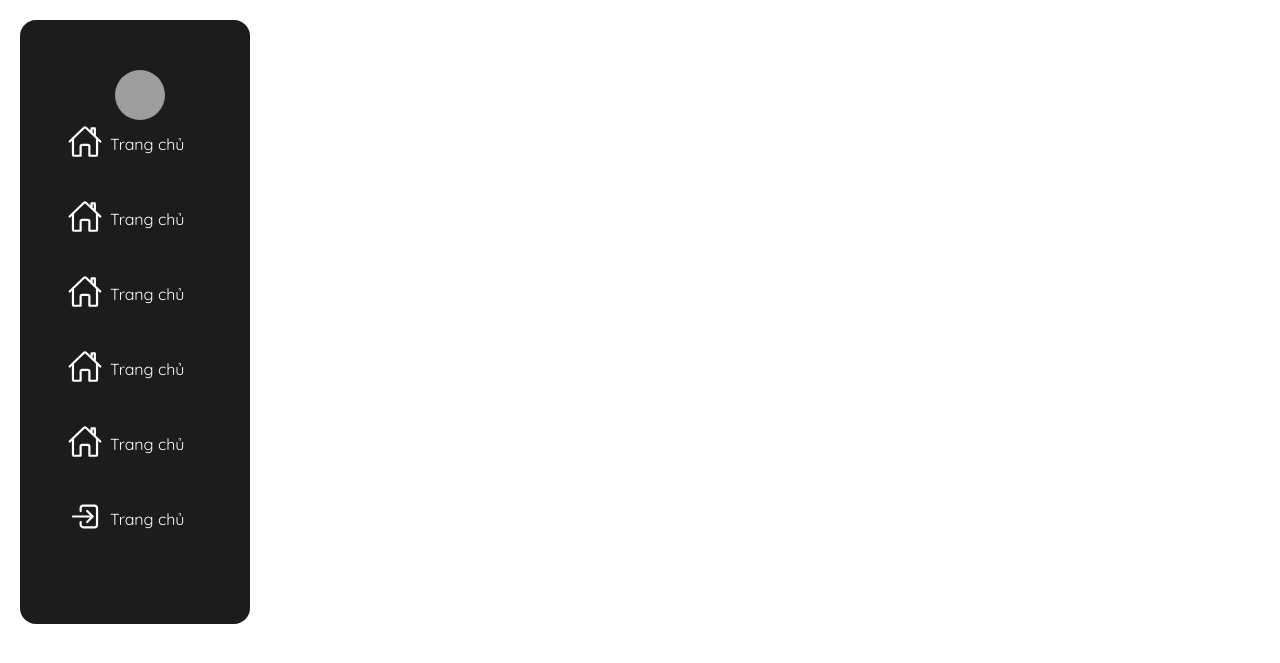
Repository: Fuocmanh/demo
Page: site/nav.html
The author's editor kept a copy of each file at every save. The page is drawn from the files as they stood at one save, then again after a run of saves.
The browser window is 1280 px wide. The pictures show the whole page.
Pictures or frames that could not be fetched are drawn as grey boxes.

Above is the page before, as saved 2022-12-30 12:22:19.

After the next 2 saves:
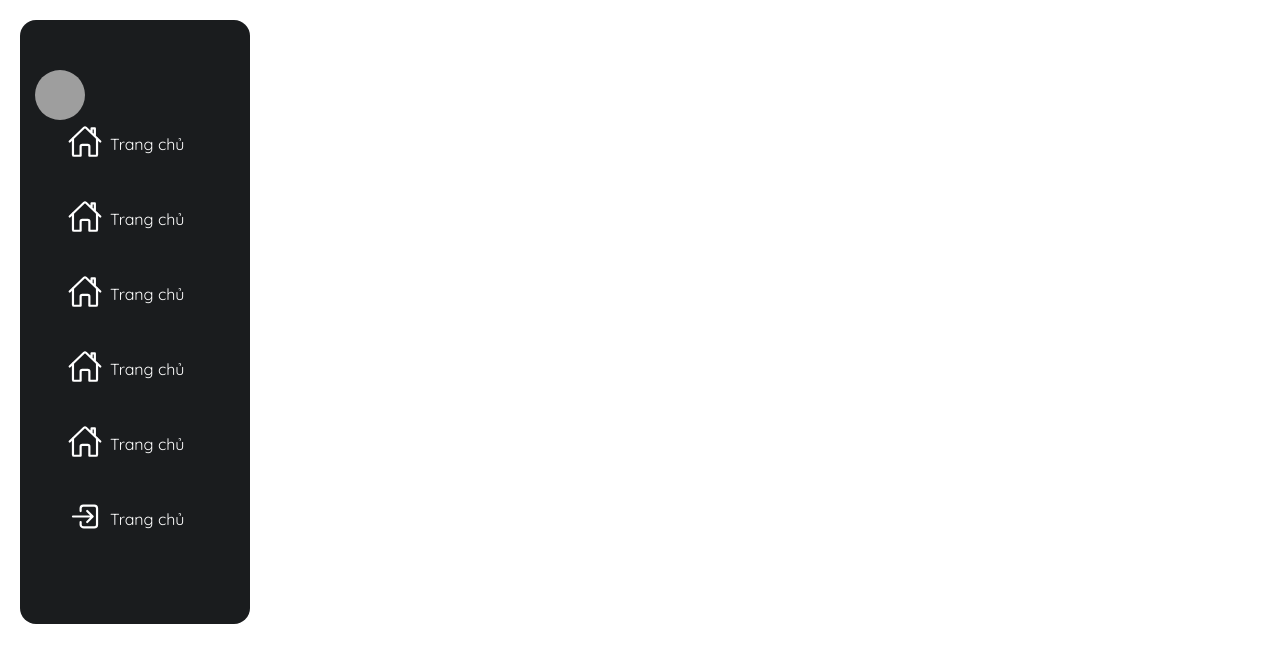
The 2 saves are shown as one change because they came seconds apart.
The last was saved 26 s later.
--- a/css/style.css
+++ b/css/style.css
@@ -35,6 +35,7 @@ ion-icon {
 
 }
 .logo-image{
+    tr
     margin: 0 40%;
     width: 50px;
     height: 50px;
